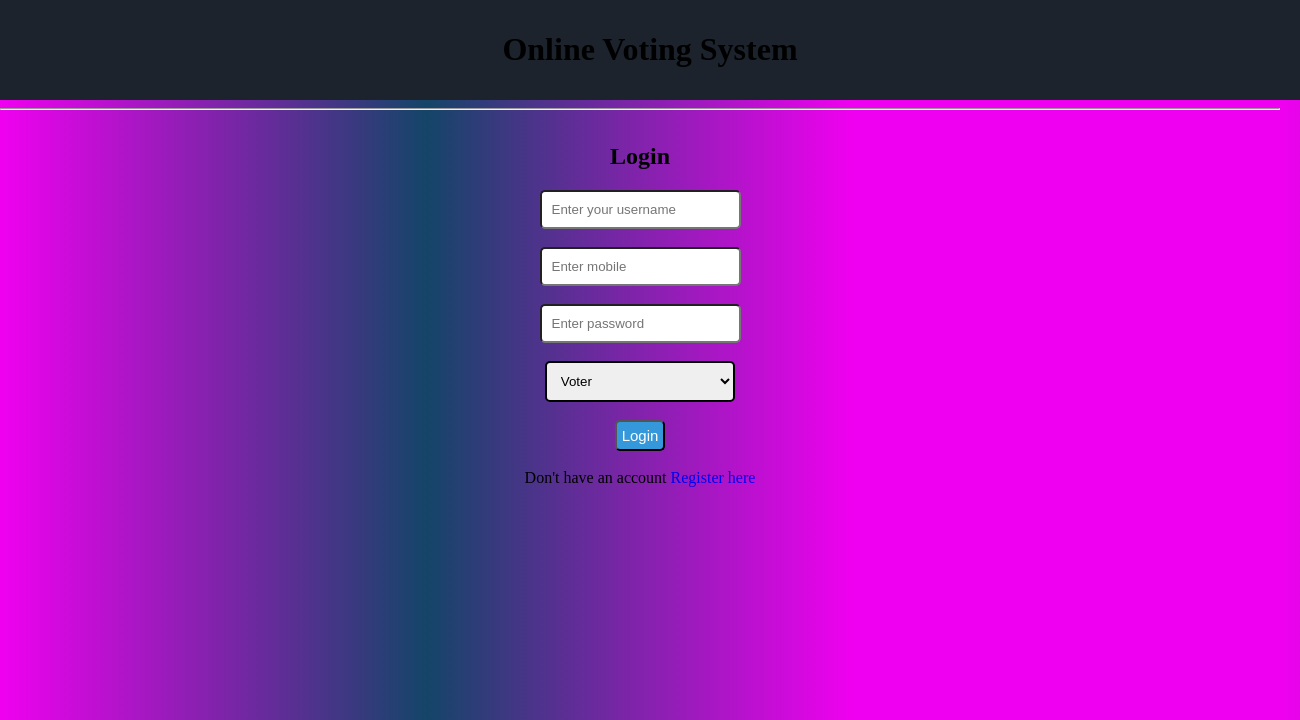
Repository: LeLoUcH-V-BrItAnIa/voting
Page: http://localhost/
An editor plug-in stored every save of this project. The page is shown before and after a run of saves, followed by the edit.
The browser window is 1280 px wide. The page is 1300 px wide, so the pictures cover 1300 px, including what lies to the right of the window. The pictures show the whole page.
The page is run by PHP 8.4 with error messages shown; the project is at /var/www/html/.

Above is the page before, as saved 2023-08-31 11:55:24.

### online-voting-system/index.php
<html>
    <head>
        <title>Online voting system - Home</title>
        <link rel="stylesheet" href="css/stylesheet.css">
    </head>
    <body>

            <center>
            <div id="headerSection" >
            <h1>Online Voting System</h1>
            </div>
            <hr>

            <div id="loginSection">
                <h2>Login</h2>
                <form action="api/login.php" method="POST">
                    <input type="text" name="username" placeholder="Enter your username" required><br><br>
                    <input type="number" name="mob" placeholder="Enter mobile" required><br><br>
                    <input type="password" name="pass" placeholder="Enter password" required><br><br>
                    <select name="role" style="width: 15%; border: 2px solid black">
                        <option value="1">Voter</option>
                        <option value="2">Candidate</option>
                    </select><br><br>
                    <button id="loginbtn" type="submit" name="loginbtn">Login</button><br><br>
                    Don't have an account <a href="routes/register.php">Register here</a>
                </form>
            </div>

            </center>
    </body>
</html>

### online-voting-system/css/stylesheet.css
body,html{
  margin: 0;
  height: 100%;

}
input {
  padding: 10px;
  border-radius: 5px;
}

select {
  padding: 10px;
  border-radius: 5px;
}

#upload {
  padding: 10px;
  border-radius: 5px;
  border: 2px solid black;
}

#headerSection {
  text-align: center;
  background-color: rgb(28, 35, 44);
  padding: 10px;
  width: 100%;
  font-family: Cursive;
}

#loginSection {
  padding: 5px;
}

body {
  background:linear-gradient(to right,#f000f0,#144568,#f000f0,#f000f0);
}

#loginbtn {
  padding: 5px;
  font-size: 15px;
  background-color: #3498db;
  color: white;
  border-radius: 5px;
}

#reglink {
  padding: 5px;
  font-size: 15px;
  background-color: #3498db;
  color: white;
  border-radius: 5px;
  text-decoration: none;
}

a {
  text-decoration: none;
}

#mainSection {
  padding: 10px;
}

#profileSection {
  width: 30%;
  float: left;
  background-color: white;
  padding: 20px;
}

#groupSection {
  width: 60%;
  float: right;
  background-color: white;
  padding: 20px;
}

#back-button {
  float: left;
  margin-left: 20px;
  margin-top: 20px;
  padding: 5px;
  font-size: 15px;
  background-color: #3498db;
  color: white;
  border-radius: 5px;
}

#logout-button {
  float: right;
  margin-right: 20px;
  margin-top: 20px;
  padding: 5px;
  font-size: 15px;
  background-color: #3498db;
  color: white;
  border-radius: 5px;
}

After the next 3 saves:
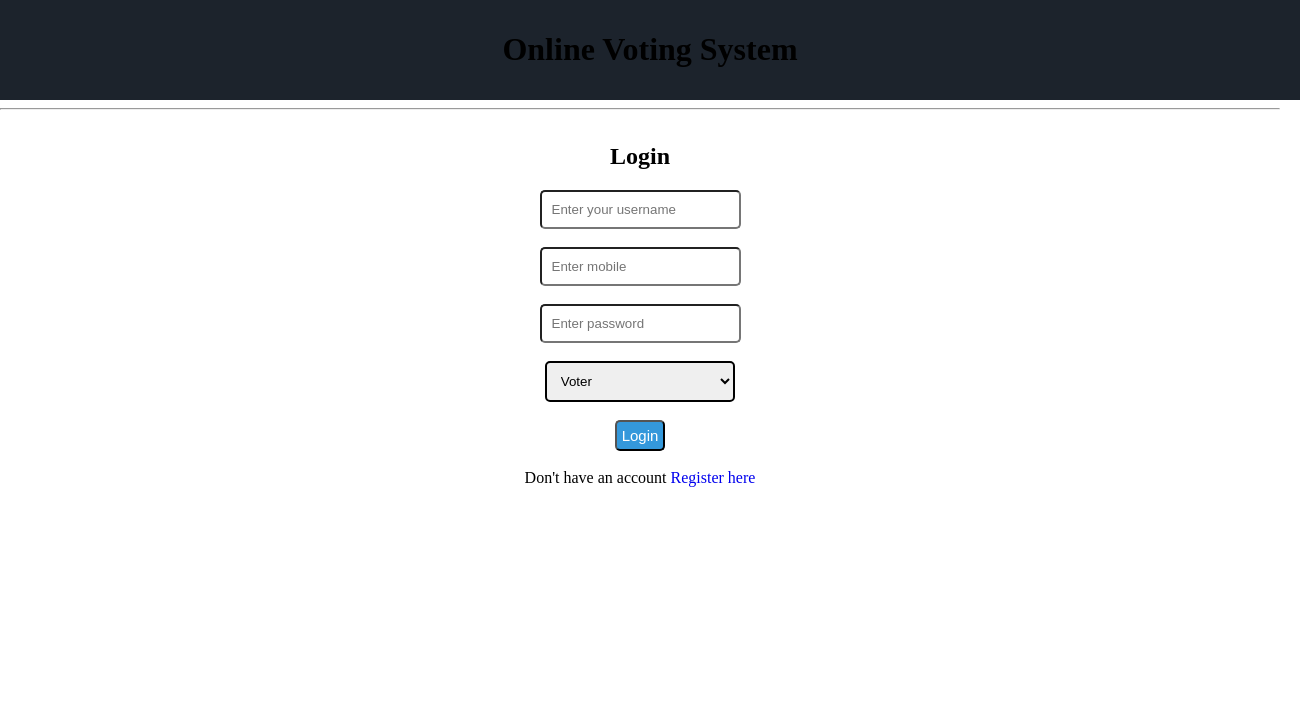
The 3 saves are shown as one change because they came seconds apart.
The last was saved 8 s later.
--- a/online-voting-system/css/stylesheet.css
+++ b/online-voting-system/css/stylesheet.css
@@ -32,7 +32,7 @@ select {
 }
 
 body {
-  background:linear-gradient(to right,#f000f0,#144568,#f000f0,#f000f0);
+  background:linear-gradient(to ,#f000f0,#144568,#f000f0,#f000f0);
 }
 
 #loginbtn {
